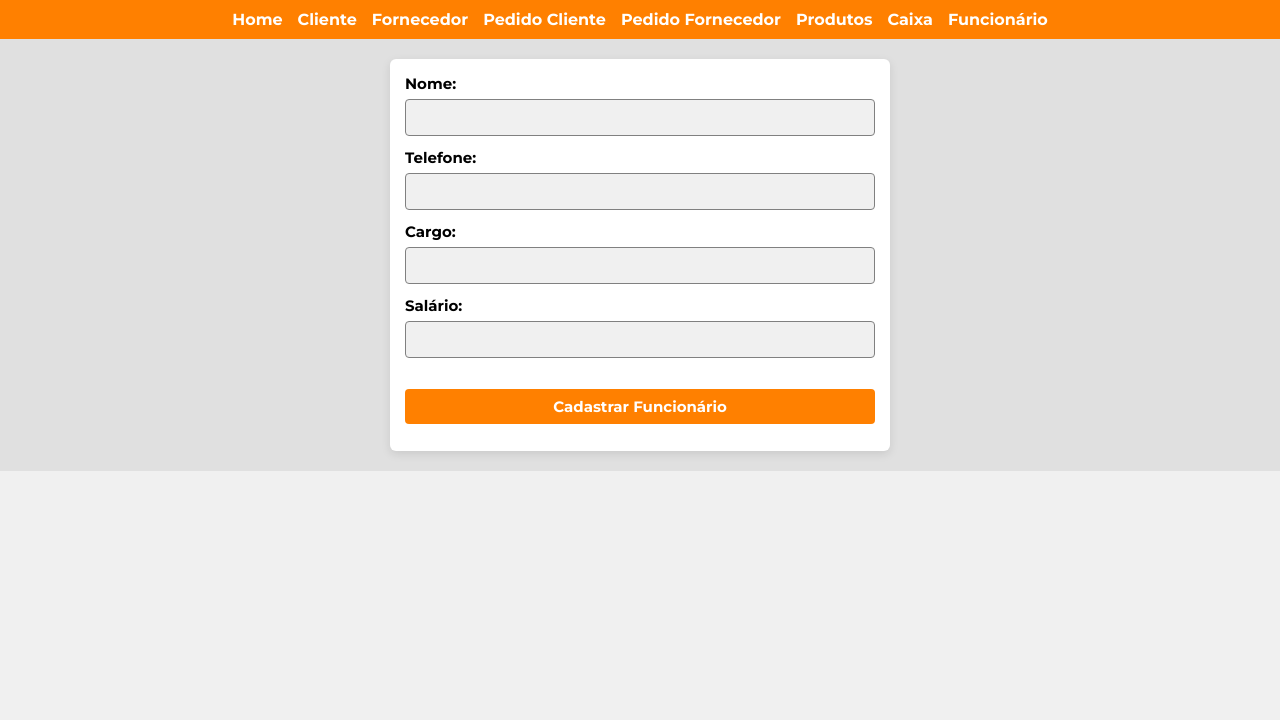
Repository: walterdmp/JavaWeb_BartoBotinas
Page: http://localhost/BartoBotinas/cadastrarFuncionario.jsp
The author's editor kept a copy of each file at every save. The page is drawn from the files as they stood at one save, then again after the next save.
The browser window is 1280 px wide. The pictures show the whole page.
The page is served by Tomcat 9.

Above is the page before, as saved 2024-07-31 20:14:40.

After the next save:
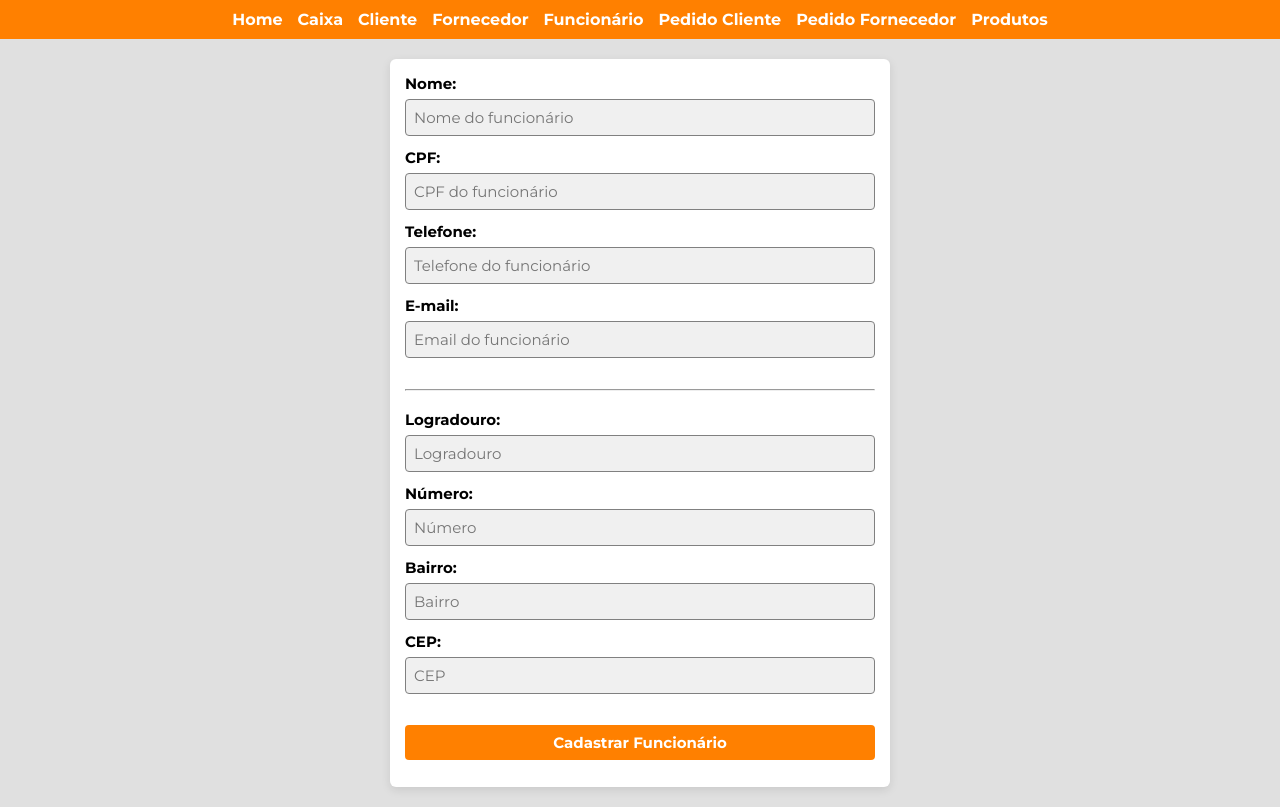
Saved 23 s later.
--- a/BartoBotinas/WebContent/cadastrarFuncionario.jsp
+++ b/BartoBotinas/WebContent/cadastrarFuncionario.jsp
@@ -5,44 +5,61 @@
 <head>
 <link rel="stylesheet" href="css/estilo.css">
 <meta charset="UTF-8">
-<title>Bartô Botinas - Funcionário</title>
+<title>Bartô Botinas - Funcionários</title>
 </head>
 <body>
 	<nav class="bartoNav">
 		<ul>
 			<li><a href="home.jsp">Home</a></li>
+			<li><a href="cadastrarCaixa.jsp">Caixa</a></li>
 			<li><a href="cadastrarCliente.jsp">Cliente</a></li>
 			<li><a href="cadastrarFornecedor.jsp">Fornecedor</a></li>
+			<li><a href="cadastrarFuncionario.jsp">Funcionário</a></li>
 			<li><a href="cadastrarPedidoCliente.jsp">Pedido Cliente</a></li>
-			<li><a href="cadastrarPedidoFornecedor.jsp">Pedido
-					Fornecedor</a></li>
+			<li><a href="cadastrarPedidoFornecedor.jsp">Pedido Fornecedor</a></li>
 			<li><a href="cadastrarProdutos.jsp">Produtos</a></li>
-			<li><a href="cadastrarCaixa.jsp">Caixa</a></li>
-			<li><a href="cadastrarFuncionario.jsp">Funcionário</a></li>
 		</ul>
 	</nav>
 	<main class="bartoMain">
 		<form action="cadastrarFuncionario" method="post" class="bartoForm">
 			<div>
-				<label for="nome"><strong>Nome:</strong></label> <input type="text"
-					id="nome" name="nome" required>
+				<label for="nome"><strong>Nome:</strong></label>
+				<input type="text" id="nome" name="nome" placeholder="Nome do funcionário" required>
 			</div>
 			<div>
-				<label for="telefone"><strong>Telefone:</strong></label> <input
-					type="text" id="telefone" name="telefone" required>
+				<label for="cpf"><strong>CPF:</strong></label>
+				<input type="text" id="cpf" name="cpf" placeholder="CPF do funcionário" required>
 			</div>
 			<div>
-				<label for="cargo"><strong>Cargo:</strong></label> <input
-					type="text" id="cargo" name="cargo" required>
+				<label for="telefone"><strong>Telefone:</strong></label>
+				<input type="text" id="telefone" name="telefone" placeholder="Telefone do funcionário" required>
 			</div>
 			<div>
-				<label for="salario"><strong>Salário:</strong></label> <input
-					type="number" step="0.01" id="salario" name="salario" required>
+				<label for="email"><strong>E-mail:</strong></label>
+				<input type="email" id="email" name="email" placeholder="Email do funcionário" required>
+			</div>
+			<br>
+			<hr>
+			<br>
+			<div>
+				<label for="logradouro"><strong>Logradouro:</strong></label>
+				<input type="text" id="logradouro" name="logradouro" placeholder="Logradouro" required>
+			</div>
+			<div>
+				<label for="numero"><strong>Número:</strong></label>
+				<input type="text" id="numero" name="numero" placeholder="Número" required>
+			</div>
+			<div>
+				<label for="bairro"><strong>Bairro:</strong></label>
+				<input type="text" id="bairro" name="bairro" placeholder="Bairro" required>
+			</div>
+			<div>
+				<label for="cep"><strong>CEP:</strong></label>
+				<input type="text" id="cep" name="cep" placeholder="CEP" required>
 			</div>
 			<br>
 			<div>
-				<input id="bartoButton" type="submit" name="salvar"
-					value="Cadastrar Funcionário">
+				<input id="bartoButton" type="submit" name="salvar" value="Cadastrar Funcionário">
 			</div>
 		</form>
 	</main>
